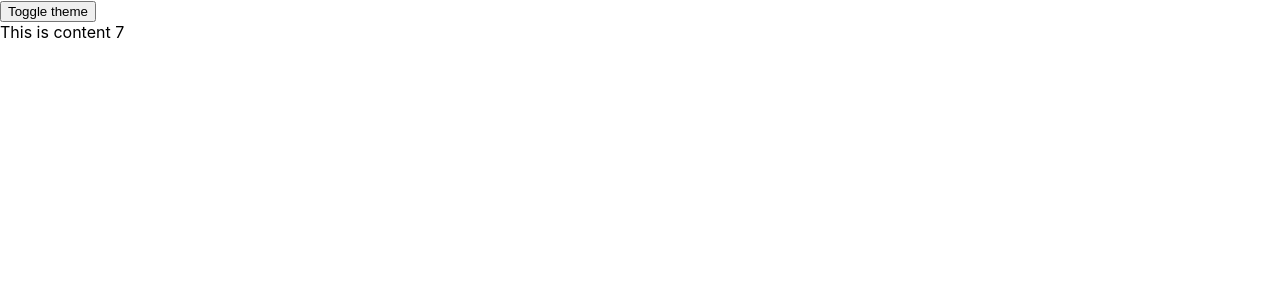
Repository: haidawngvn/hooks-bible
Page: /
An editor plug-in stored every save of this project. The page is shown before and after a run of saves, followed by the edit.
The browser window is 1280 px wide. The pictures show the whole page.
The project was rebuilt for these pictures with package versions that can differ from the ones it lists, and the page was loaded fresh each time. Also part of the build but not shown: src/Content3.js.

Above is the page before, as saved 2022-07-31 14:42:34.

### public/index.html
<!DOCTYPE html>
<html lang="en">
  <head>
    <meta charset="utf-8" />
    <link rel="icon" href="%PUBLIC_URL%/favicon.ico" />
    <meta name="viewport" content="width=device-width, initial-scale=1" />
    <meta name="theme-color" content="#000000" />
    <meta
      name="description"
      content="Web site created using create-react-app"
    />
    <link rel="apple-touch-icon" href="%PUBLIC_URL%/logo192.png" />
    <!--
      manifest.json provides metadata used when your web app is installed on a
      user's mobile device or desktop. See https://developers.google.com/web/fundamentals/web-app-manifest/
    -->
    <link rel="manifest" href="%PUBLIC_URL%/manifest.json" />
    <!--
      Notice the use of %PUBLIC_URL% in the tags above.
      It will be replaced with the URL of the `public` folder during the build.
      Only files inside the `public` folder can be referenced from the HTML.

      Unlike "/favicon.ico" or "favicon.ico", "%PUBLIC_URL%/favicon.ico" will
      work correctly both with client-side routing and a non-root public URL.
      Learn how to configure a non-root public URL by running `npm run build`.
    -->
    <title>Hooks Examples</title>
  </head>
  <body>
    <noscript>You need to enable JavaScript to run this app.</noscript>
    <div id="root"></div>
    <!--
      This HTML file is a template.
      If you open it directly in the browser, you will see an empty page.

      You can add webfonts, meta tags, or analytics to this file.
      The build step will place the bundled scripts into the <body> tag.

      To begin the development, run `npm start` or `yarn start`.
      To create a production bundle, use `npm run build` or `yarn build`.
    -->
  </body>
</html>

### src/index.js
import React from 'react';
import ReactDOM from 'react-dom/client';
import './index.css';
import App from './App';
import Content3 from './Content3';
import reportWebVitals from './reportWebVitals';


// Fake auto comment function
function emitComment(id) {
    setInterval(() => {
        window.dispatchEvent(
            new CustomEvent(`lesson-${id}`, {
                detail: `comment on lession-${id}`
            })
        )
    }, 2000)
}

emitComment(1)
emitComment(2)
emitComment(3)

const root = ReactDOM.createRoot(document.getElementById('root'));
root.render(
//   <React.StrictMode>
    [

        <App />,
    ]
//   </React.StrictMode>
);

// If you want to start measuring performance in your app, pass a function
// to log results (for example: reportWebVitals(console.log))
// or send to an analytics endpoint. Learn more: https://bit.ly/CRA-vitals
reportWebVitals();

### src/App.js
import  {  useContext, createContext, useState } from 'react'
import Content6 from './Content6'
import './App.css'


// use context
// truyển dữ liệu từ component cha xuống con mà kh cần dùng props
// CompA => CompB => CompC

// 3 bước khi xài useContext
// 1. create context (tạo context từ A thì có thể chuyển từ A tới B hoặc C,D....)
//    CompA => CompB => CompC
// 2. provider (thằng cung cấp dữ liệu)
// 3. consumer (thằng nhận dữ liệu)

// 1. create context (tạo context từ A thì có thể chuyển từ A tới B hoặc C,D....)
const ThemeContext = createContext()
// createContext() sẽ trả về 1 object có chứa 2 react component là provider, consumer

console.log(ThemeContext);

function App() {

    const [theme, setTheme] = useState('dark')

    const toggleTheme = () => {
        setTheme(theme === 'dark' ? 'light' : 'dark')

    }

    {/* 2. provider (thằng cung cấp dữ liệu) */}
    return (
        <ThemeContext.Provider value={theme}>
            <div>
                <button onClick={toggleTheme}>
                    Toggle theme
                </button>
                <Content6/>
            </div>
        </ThemeContext.Provider>
    )
}

export default App

### src/Content6.js
import Content7 from './Content7'


function Content6() {
    return (
        <div>
            <Content7/>
        </div>
    )
}

export default Content6;

### src/Content7.js


function Content7({theme}) {

    console.log(theme);
    return (
        <div className={theme}>
            This is content 7
        </div>
    )
}

export default Content7;

### src/App.css
.dark {
  background-color: black;
  color: white;
}
.light {
  background-color: orange;
  color: white;
}

Loaded but not shown: src/index.css (common file); src/reportWebVitals.js (common file)

After the next 6 saves:
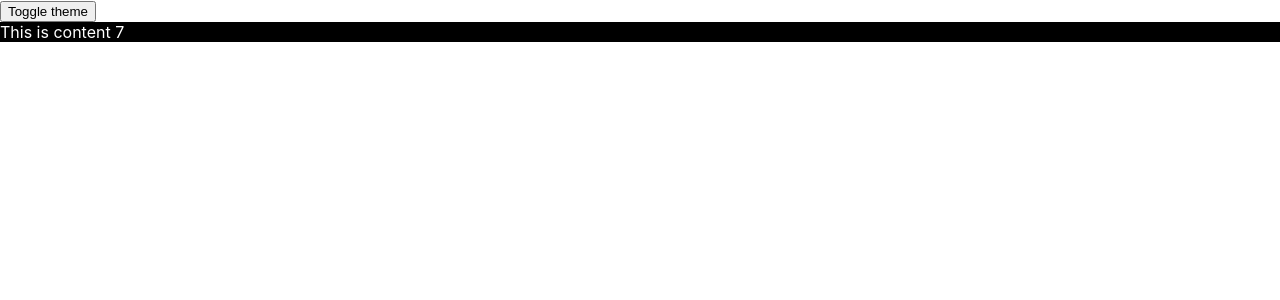
The 6 saves are shown as one change because 5 did not build or start.
The last was saved 2 min 14 s later.
--- a/src/App.js
+++ b/src/App.js
@@ -14,7 +14,7 @@ import './App.css'
 // 3. consumer (thằng nhận dữ liệu)
 
 // 1. create context (tạo context từ A thì có thể chuyển từ A tới B hoặc C,D....)
-const ThemeContext = createContext()
+export const ThemeContext = createContext()
 // createContext() sẽ trả về 1 object có chứa 2 react component là provider, consumer
 
 console.log(ThemeContext);
--- a/src/Content7.js
+++ b/src/Content7.js
@@ -1,6 +1,10 @@
+import {useContext} from 'react'
+import {ThemeContext} from './App'
 
 
-function Content7({theme}) {
+function Content7() {
+
+    const theme = useContext(ThemeContext)
 
     console.log(theme);
     return (
